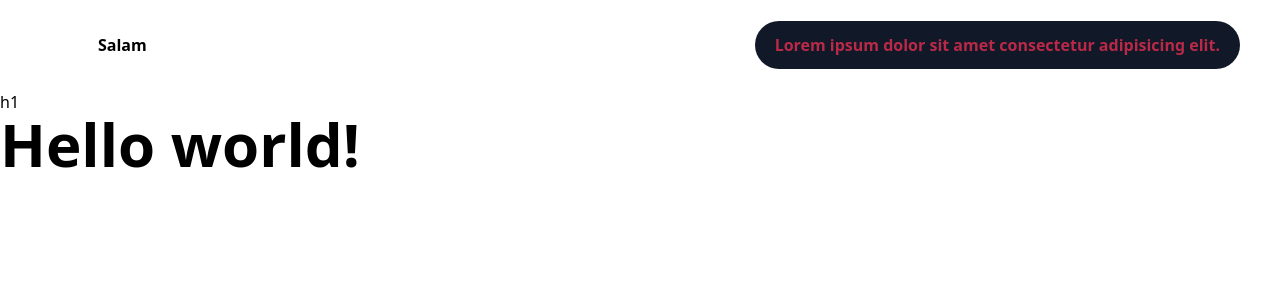
Repository: khaled-m1/Blog-Next.js
Page: /
The author's editor kept a copy of each file at every save. The page is drawn from the files as they stood at one save, then again after a run of saves.
The browser window is 1280 px wide. The pictures show the whole page.
The project was rebuilt for these pictures with package versions that can differ from the ones it lists, and the page was loaded fresh each time. The framework's server and built-in components were replaced by stand-ins that run in the browser. Also part of the build but not shown: next.config.js.

Above is the page before, as saved 2023-01-15 23:40:56.

After the next 8 saves:
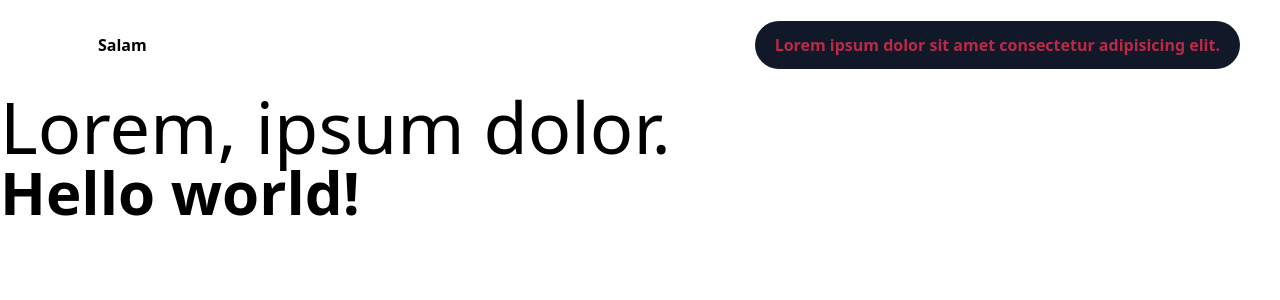
The 8 saves are shown as one change because they came seconds apart.
The last was saved 20 s later.
--- a/components/Bannar.tsx
+++ b/components/Bannar.tsx
@@ -4,7 +4,7 @@ export const Bannar = () => {
   return (
     <div>
       <div>
-        h1
+        <h1 className="text-7xl">Lorem, ipsum dolor.</h1>
       </div>
     </div>
   );
